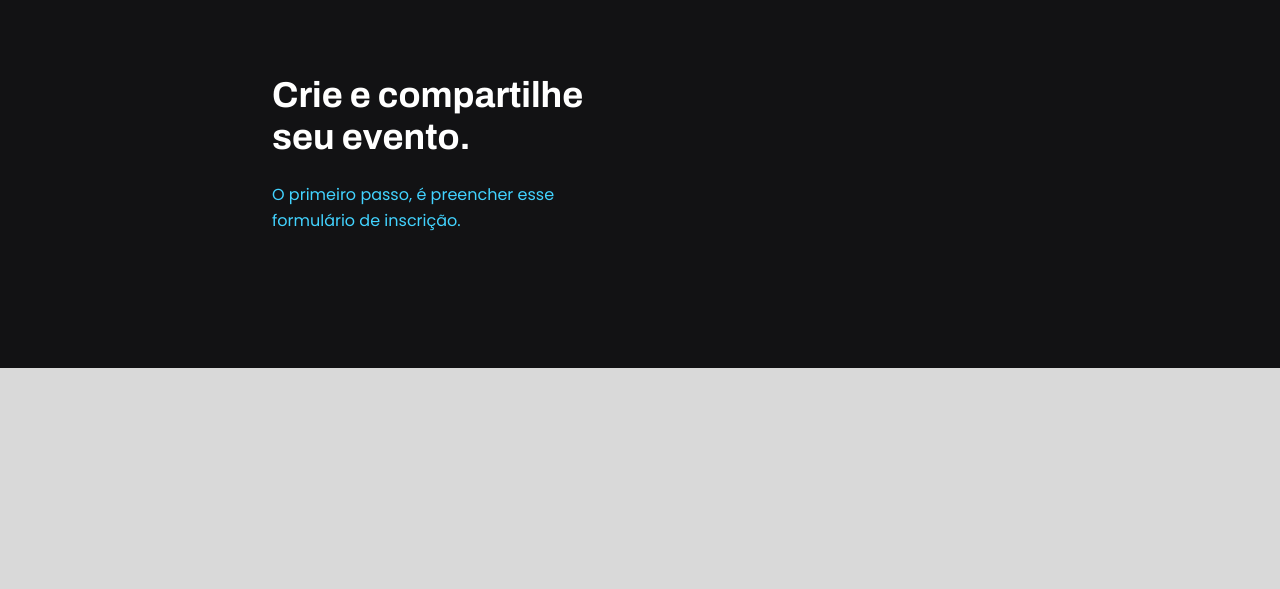
Repository: devMuriloOliveira/Formulario
Page: index.html
These files come from the project's save history. The page is drawn as it stood at one moment and after the next save; the edit follows.
The browser window is 1280 px wide. The pictures show the whole page.

Above is the page before, as saved 2023-10-30 19:43:19.

### index.html
<!DOCTYPE html>
<html lang="en">
  <head>
    <link rel="preconnect" href="https://fonts.googleapis.com" />
    <link rel="preconnect" href="https://fonts.gstatic.com" crossorigin />
    <meta charset="UTF-8" />
    <meta name="viewport" content="width=device-width, initial-scale=1.0" />
    <title>Crie seu evento</title>
    <link rel="stylesheet" href="style.css" />

    <link
      href="https://fonts.googleapis.com/css2?family=Archivo:wght@600;700&family=Poppins&display=swap"
      rel="stylesheet"
    />
  </head>
  <body>
    <div class="page">
      <header>
        <h1>Crie e compartilhe seu evento.</h1>
        <p>O primeiro passo, é preencher esse formulário de inscrição.</p>
      </header>

      <form action=""></form>
    </div>
  </body>
</html>

### style.css
body{
  font-family: 'Poppins', sans-serif;
  background-color: #D9D9D9;
}

body::before{
  content: '';
  width: 100%;
  height: 368px;

  position: absolute;
  top: 0;
  left: 0;
  z-index: -1;
  background: #121214;
}

.page{
  width: 736px;
  margin: auto;
}

header{
  width: 319px;
  margin-top: 74px;

}

header h1{
  font-family: 'Archivo', sans-serif;
  font-weight: bold;

  font-size: 36px;
  line-height: 42px;
  color: white;
}

header p{
  color: #42D3FF;
  font-size: 16px;
  line-height: 26px;
}

form{
  background: #FAFAFC;
}

After the next save:
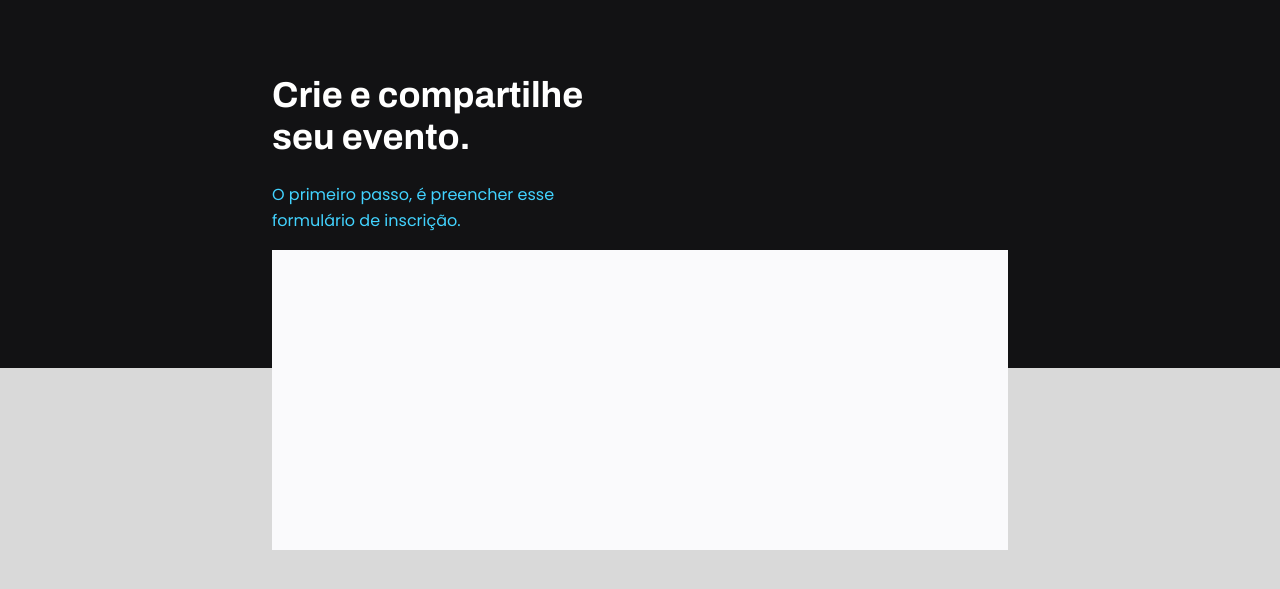
Saved 13 s later.
--- a/style.css
+++ b/style.css
@@ -43,4 +43,6 @@ header p{
 
 form{
   background: #FAFAFC;
+
+  min-height: 300px;
 }
